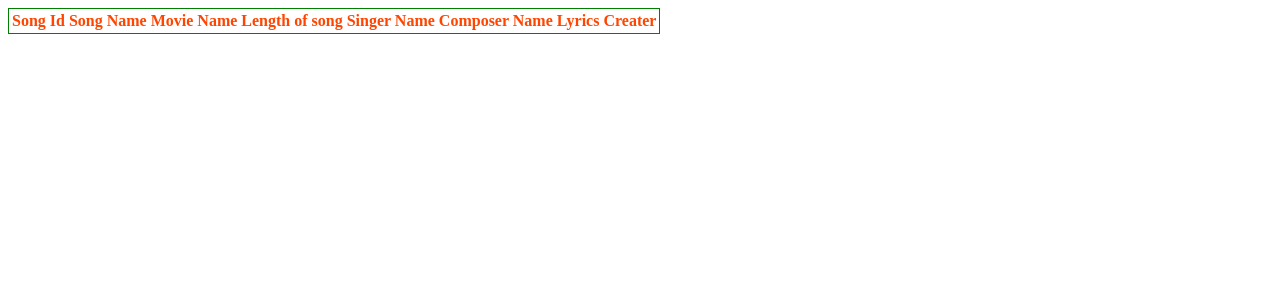
Repository: vishaltawar/J2EE-WEJE-2
Page: http://localhost/musicjsp/ViewSong.jsp
These files come from the project's save history. The page is drawn as it stood at one moment and after the next save; the edit follows.
The browser window is 1280 px wide. The pictures show the whole page.
The page is served by Tomcat 9. Queries for data that is not in the repository find no rows.

Above is the page before, as saved 2022-12-18 17:54:54.

After the next save:
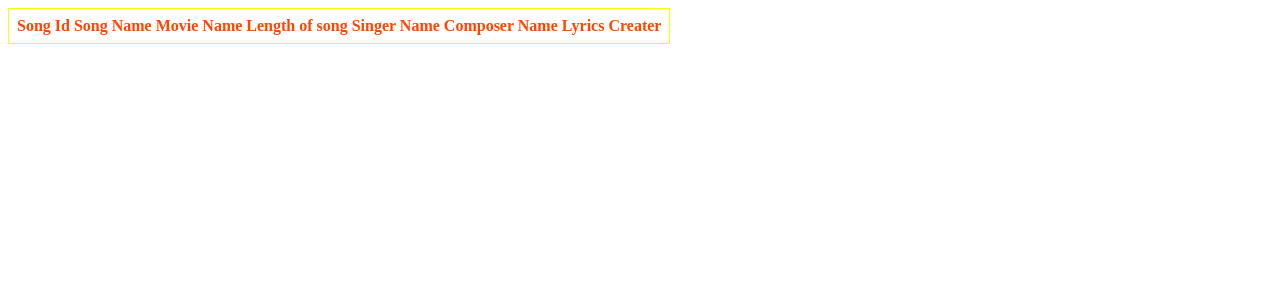
Saved 3 min 55 s later.
--- a/musicjsp/src/main/webapp/ViewSong.jsp
+++ b/musicjsp/src/main/webapp/ViewSong.jsp
@@ -21,6 +21,10 @@
 <meta charset="UTF-8">
 <title>View Songs</title>
 <style>
+table{
+border: 1px solid yellow;
+padding: 5px;
+}
 tr {
 	border: 1px solid;
 	color: orangered;
@@ -36,7 +40,7 @@ tr {
 		resultSet = statement.executeQuery();
 	%>
 
-	<table style="border: 1px solid green">
+	<table >
 		<thead>
 			<tr>
 				<th>Song Id</th>
